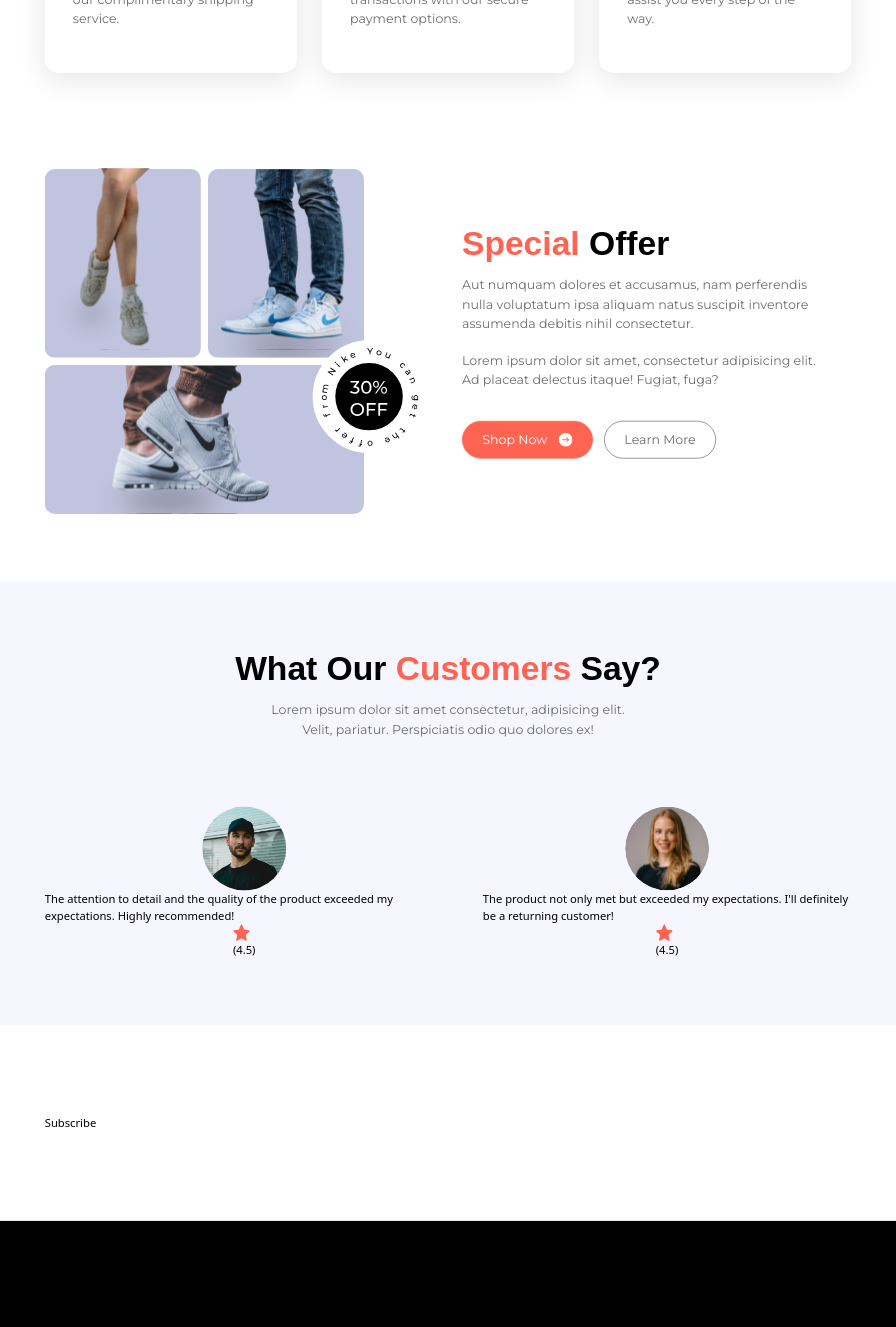
Repository: tynoschuck/nike-landpage
Page: /
An editor plug-in stored every save of this project. The page is shown before and after the next save, followed by the edit.
The browser window is 1280 px wide. The pictures show the part of the page from y = 2603 to 4523 px (the page is 4499 px tall before and 4523 px after), at 70% of full size.
Some web fonts or font styles are not loaded; a fallback is used. The project was rebuilt for these pictures with package versions that can differ from the ones it lists, and the page was loaded fresh each time. Also part of the build but not shown: vite.config.js.

Above is the page before, as saved 2023-12-01 12:22:54.

After the next save:
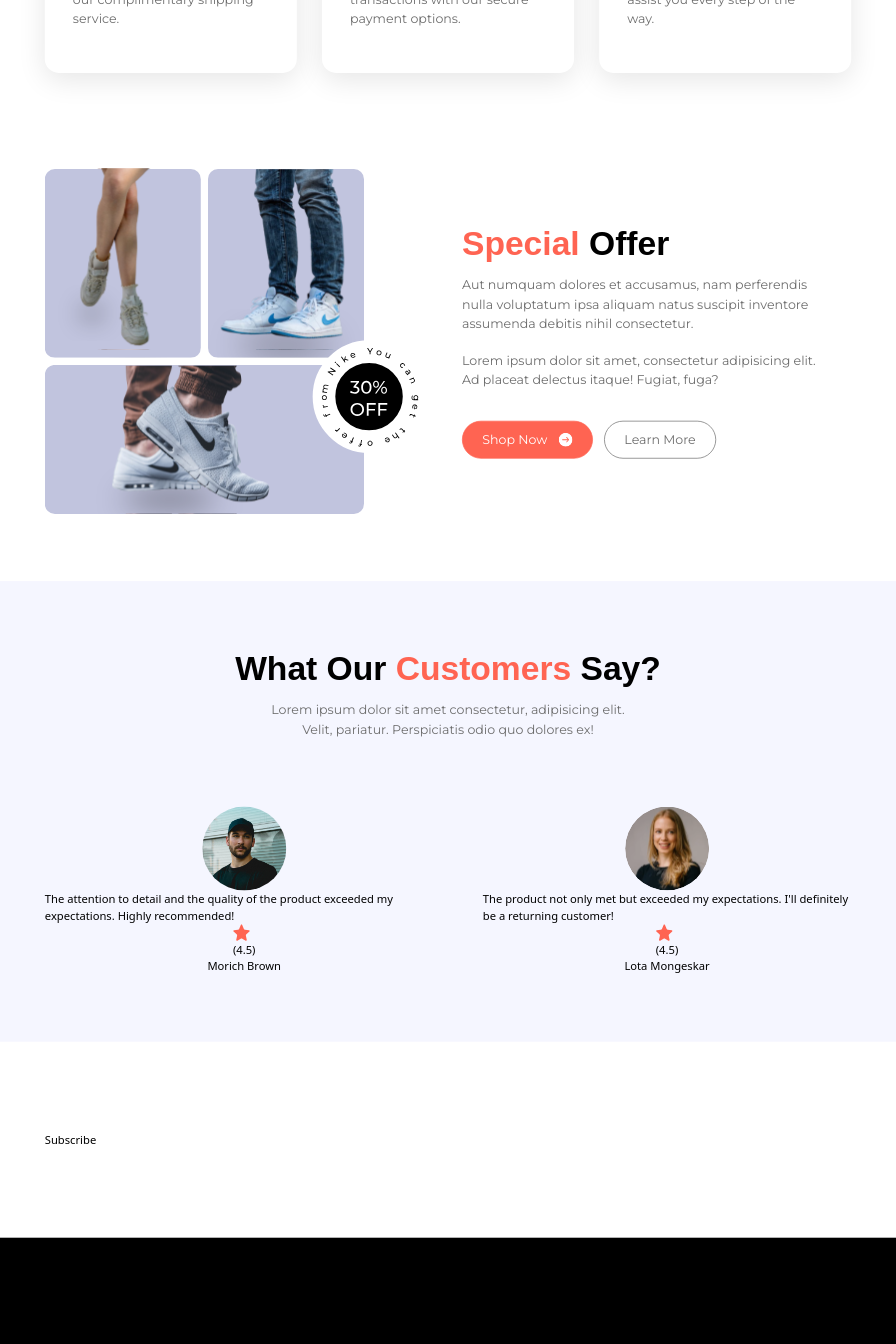
Saved 29 s later.
--- a/src/components/ReviewCard.jsx
+++ b/src/components/ReviewCard.jsx
@@ -21,6 +21,7 @@
         />
         <p>({rating})</p>
       </div>
+      <h3>{customerName}</h3>
     </div>
   )
 }
